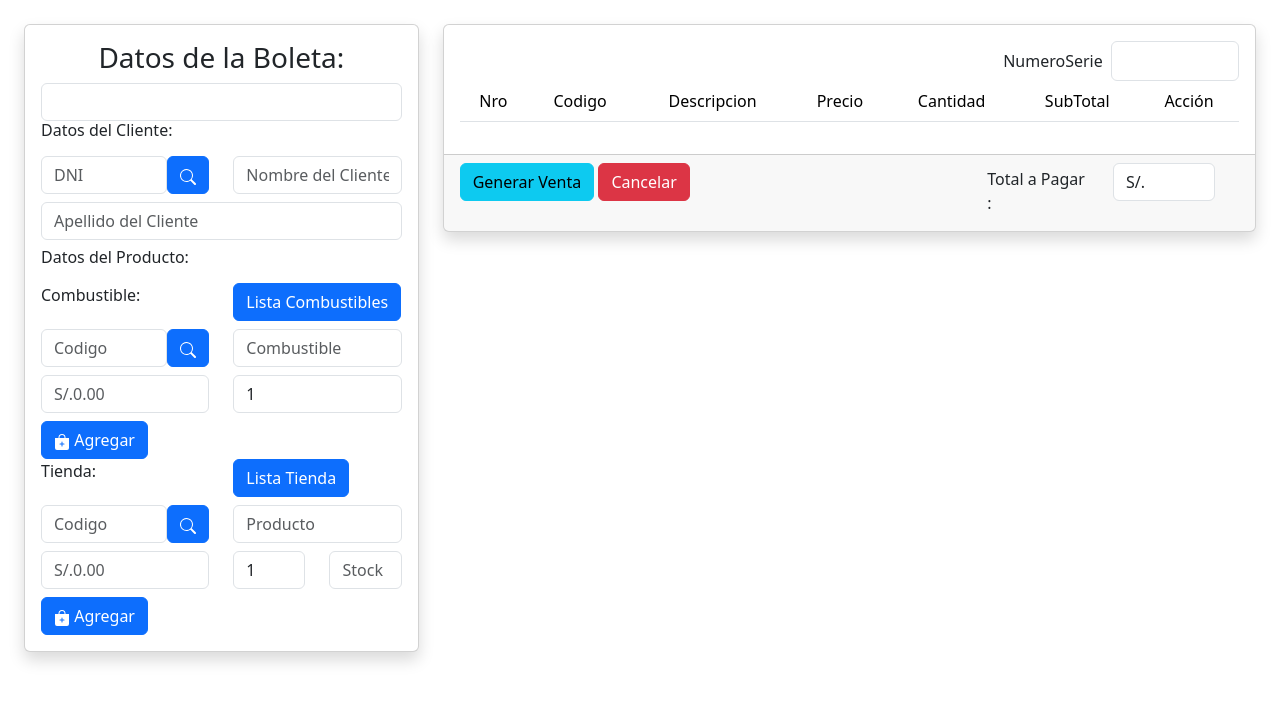
Repository: alexpool1122/evaluaciones
Page: http://localhost/Centenario2023/Ventas.jsp
These files come from the project's save history. The page is drawn as it stood at one moment and after the next save; the edit follows.
The browser window is 1280 px wide. The pictures show the whole page.
The page is served by Tomcat 10. Other server files are loaded and not shown. The template is opened directly, without the code that normally fills it, so the values that code supplies are empty.

Above is the page before, as saved 2023-06-27 02:21:42.

### ProyectoFinal/Proyecto/Centenario2023/src/main/webapp/Ventas.jsp
<%@page import="Entidad.Empleado"%>
<%@page import="java.sql.ResultSet"%>
<%@page import="java.sql.PreparedStatement"%>
<%@page import="java.sql.DriverManager"%>
<%@page import="java.sql.Connection"%>
<%@page import="Entidad.Combustible"%>
<%@page import="java.awt.event.ItemEvent"%>
<%@page import="org.apache.tomcat.util.descriptor.tld.TldRuleSet.Variable"%>
<%@page import="org.eclipse.jdt.internal.compiler.ast.ForeachStatement"%>
<%@page import="org.apache.jasper.tagplugins.jstl.core.ForEach"%>
<%@page import="Entidad.Venta"%>
<%@page import="java.util.List"%>
<%@ page language="java" contentType="text/html; charset=ISO-8859-1"
    pageEncoding="ISO-8859-1"%>
<!DOCTYPE html>
<html>
<head>
    <meta charset="utf-8">
    <meta name="viewport" content="width=device-width, initial-scale=1">
    <title>Ventas</title>
    <link href="https://cdn.jsdelivr.net/npm/bootstrap@5.3.0-alpha3/dist/css/bootstrap.min.css" rel="stylesheet" integrity="sha384-KK94CHFLLe+nY2dmCWGMq91rCGa5gtU4mk92HdvYe+M/SXH301p5ILy+dN9+nJOZ" crossorigin="anonymous">
</head>
<body>
	<%
		Class.forName("com.mysql.jdbc.Driver");
		String url = "jdbc:mysql://localhost:3306/BDCentenario23";
		String usuario = "root";
		String clave = "mysql";
		String sql ;
		Connection cn = DriverManager.getConnection(url,usuario,clave) ;
		PreparedStatement pstm ;
		ResultSet rs ;
	%>
	<div class="m-4">
		<div class="row">
			<div class="col-4">
				<div class="card shadow">
					<div class="card-body">
						<h3 class="text-center">Datos de la Boleta:</h3>
						<form action="Controlador?menu=Venta" method="post">
							<div class="form-group">
								<input type="url" class="form-control">
							</div>
							<div class="form-group row mb-2">
								<h6>Datos del Cliente:</h6>
							</div>
							<div class="form-group row mb-2">
								<div class="col-6 d-flex">
									<input type="text" class="form-control" name="txtDniCliente"id="codCliente" placeholder="DNI" value="${cliente.getDniCliente() }">
									<button type="submit" class="btn btn-primary" value="BuscarCliente" name="accion" id="buscarCliente">
										<svg xmlns="http://www.w3.org/2000/svg" width="16" height="16" fill="currentColor" class="bi bi-search" viewBox="0 0 16 16">
										  <path d="M11.742 10.344a6.5 6.5 0 1 0-1.397 1.398h-.001c.03.04.062.078.098.115l3.85 3.85a1 1 0 0 0 1.415-1.414l-3.85-3.85a1.007 1.007 0 0 0-.115-.1zM12 6.5a5.5 5.5 0 1 1-11 0 5.5 5.5 0 0 1 11 0z"/>
										</svg>
									</button>
								</div>
								<div class="col-6">
										<input type="text" class="form-control" name="txtCliente" value="${cliente.getNomCliente()}" id="nomCliente" placeholder="Nombre del Cliente">
									</div>
								<div class=" mt-2">
									<input type="text" class="form-control" name="txtCliente" value="${cliente.getApeCliente()}" id="nomCliente" placeholder="Apellido del Cliente">
								</div>
							</div>
							<div class="form-group row mb-2">
								<h6>Datos del Producto:</h6>
							</div>
							<div class="form-group row mb-2">
								<div class="col-6">
									<label>Combustible:</label>
								</div>
								<div class="col-6">
									<!-- Button trigger modal -->
									<button type="button" class="btn btn-primary" data-bs-toggle="modal" data-bs-target="#exampleModal">
									  Lista Combustibles
									</button>

									<!-- Modal -->
									<div class="modal fade" id="exampleModal" tabindex="-1" aria-labelledby="exampleModalLabel" aria-hidden="true">
									  <div class="modal-dialog">
									    <div class="modal-content">
									      <div class="modal-header">
									        <h1 class="modal-title fs-5" id="exampleModalLabel">Lista de los Combustibles</h1>
									        <button type="button" class="btn-close" data-bs-dismiss="modal" aria-label="Close"></button>
									      </div>
									      <div class="modal-body">
									        <table class="table">
												<tr>
													<td>Codigo</td>
													<td>Producto</td>
													<td>Capacidad</td>
													<td>Precio</td>
													<td>Estado</td>
												</tr>
												<%
													sql = "select * from productoCombustible";
													pstm = cn.prepareStatement(sql);
													rs = pstm.executeQuery();
													while(rs.next()){
												%>
												<tr>
														<td><%= rs.getString(1) %></td>
														<td><%= rs.getString(2) %></td>
														<td><%= rs.getDouble(3) %></td>
														<td><%= rs.getDouble(4) %></td>
														<td><%= rs.getString(5) %></td>
												</tr>
												<%} %>
											</table>
									      </div>
									      <div class="modal-footer">
									        <button type="button" class="btn btn-danger" data-bs-dismiss="modal">Cerrar</button>
									      </div>
									    </div>
									  </div>
									</div>
								</div>
							</div>
							<div class="form-group row mb-2">
								<div class="col-6 d-flex">
									<input type="text" class="form-control" name="txtCodigo" placeholder="Codigo" value="${combustible.getCodProdComb() }">
									<button type="submit" class="btn btn-primary" value="BuscarCombustible" name="accion" id="buscarCombustible">
										<svg xmlns="http://www.w3.org/2000/svg" width="16" height="16" fill="currentColor" class="bi bi-search" viewBox="0 0 16 16">
										  <path d="M11.742 10.344a6.5 6.5 0 1 0-1.397 1.398h-.001c.03.04.062.078.098.115l3.85 3.85a1 1 0 0 0 1.415-1.414l-3.85-3.85a1.007 1.007 0 0 0-.115-.1zM12 6.5a5.5 5.5 0 1 1-11 0 5.5 5.5 0 0 1 11 0z"/>
										</svg>
									</button>
								</div>
								<div class="col-6">
									<input type="text" class="form-control" name="txtCombustible" placeholder="Combustible" value="${combustible.getNomComb()}">
								</div>
							</div>
							<div class="form-group row mb-2">
								<div class="col-6">
									<input type="text" class="form-control" name="txtPrecio" id="precio" placeholder="S/.0.00" value="${combustible.getPrecio()}">
								</div>
								<div class="col-6">
									<input type="number" class="form-control" name="txtCantidad" id="cantidad" placeholder="Cantidad" value="1"  title="Ingrese un número decimal válido">
								</div>
							</div>
							<div>
								<button type="submit" class="btn btn-primary" value="AgregarCombustible" name="accion" id="agregar">
									<svg xmlns="http://www.w3.org/2000/svg" width="16" height="16" fill="currentColor" class="bi bi-bag-plus-fill" viewBox="0 0 16 16">
									  <path fill-rule="evenodd" d="M10.5 3.5a2.5 2.5 0 0 0-5 0V4h5v-.5zm1 0V4H15v10a2 2 0 0 1-2 2H3a2 2 0 0 1-2-2V4h3.5v-.5a3.5 3.5 0 1 1 7 0zM8.5 8a.5.5 0 0 0-1 0v1.5H6a.5.5 0 0 0 0 1h1.5V12a.5.5 0 0 0 1 0v-1.5H10a.5.5 0 0 0 0-1H8.5V8z"/>
									</svg>
									 Agregar
								</button>
							</div>
							<div class="form-group row mb-2">
								<div class="col-6">
									<label>Tienda:</label>
								</div>
								<div class="col-6">
									<button type="button" class="btn btn-primary" data-bs-toggle="modal" data-bs-target="#listaTienda">
									  Lista Tienda
									</button>
									<!-- Modal -->
									<div class="modal fade" id="listaTienda" tabindex="-1" aria-labelledby="exampleModalLabel" aria-hidden="true">
									  <div class="modal-dialog">
									    <div class="modal-content">
									      <div class="modal-header">
									        <h1 class="modal-title fs-5" id="exampleModalLabel">Lista de los Productos</h1>
									        <button type="button" class="btn-close" data-bs-dismiss="modal" aria-label="Close"></button>
									      </div>
									      <div class="modal-body">
									        <table class="table">
												<tr>
													<td>Codigo</td>
													<td>Producto</td>
													<td>Precio</td>
													<td>Stock</td>
												</tr>
												<%
													sql = "select * from productoTienda";
													pstm = cn.prepareStatement(sql);
													rs = pstm.executeQuery();
													while(rs.next()){
												%>
												<tr>
														<td><%= rs.getString(1) %></td>
														<td><%= rs.getString(2) %></td>
														<td><%= rs.getDouble(5) %></td>
														<td><%= rs.getInt(6) %></td>
												</tr>
												<%} %>
											</table>
									      </div>
									      <div class="modal-footer">
									        <button type="button" class="btn btn-danger" data-bs-dismiss="modal">Cerrar</button>
									      </div>
									    </div>
									  </div>
									</div>
								</div>
							</div>
							<div class="form-group row mb-2">
								<div class="col-6 d-flex">
									<input type="text" class="form-control" name="txtCodPro" id="codProducto" placeholder="Codigo" value="${producto.getCodProdTie()}">
									<button type="submit" class="btn btn-primary" value="BuscarProducto" name="accion" id="buscarProducto">
										<svg xmlns="http://www.w3.org/2000/svg" width="16" height="16" fill="currentColor" class="bi bi-search" viewBox="0 0 16 16">
										  <path d="M11.742 10.344a6.5 6.5 0 1 0-1.397 1.398h-.001c.03.04.062.078.098.115l3.85 3.85a1 1 0 0 0 1.415-1.414l-3.85-3.85a1.007 1.007 0 0 0-.115-.1zM12 6.5a5.5 5.5 0 1 1-11 0 5.5 5.5 0 0 1 11 0z"/>
										</svg>
									</button>
								</div>
								<div class="col-6">
									<input type="text" class="form-control" name="txtProducto" id="nomProducto" placeholder="Producto" value="${producto.getNomProdTie()}">
								</div>
							</div>
							<div class="form-group row mb-2">
								<div class="col-6">
									<input type="text" class="form-control" name="txtPrecioProducto" id="precio" placeholder="S/.0.00" value="${producto.getPrecio()}">
								</div>
								<div class="col-3">
									<input type="number" class="form-control" name="txtCantidadProducto" id="cantidad" placeholder="Cant" value="1">
								</div>
								<div class="col-3">
									<input type="text" class="form-control" name="txtStock" id="stockProducto" placeholder="Stock" value="${producto.getStock()}">
								</div>
							</div>
							<div>
								<button type="submit" class="btn btn-primary" value="AgregarProducto" name="accion" id="agregar">
									<svg xmlns="http://www.w3.org/2000/svg" width="16" height="16" fill="currentColor" class="bi bi-bag-plus-fill" viewBox="0 0 16 16">
									  <path fill-rule="evenodd" d="M10.5 3.5a2.5 2.5 0 0 0-5 0V4h5v-.5zm1 0V4H15v10a2 2 0 0 1-2 2H3a2 2 0 0 1-2-2V4h3.5v-.5a3.5 3.5 0 1 1 7 0zM8.5 8a.5.5 0 0 0-1 0v1.5H6a.5.5 0 0 0 0 1h1.5V12a.5.5 0 0 0 1 0v-1.5H10a.5.5 0 0 0 0-1H8.5V8z"/>
									</svg>
									 Agregar
								</button>
							</div>
						</form>
					</div>
				</div>
			</div>
			<div class="col-8">
				<div class="card shadow">
					<div class="card-body">
						<div class="row">
							<div class="col-8"></div>
							<div class="col-4 d-flex">
								<label class="m-2">NumeroSerie</label>
								<input type="text" class="form-control" value="${nSerie}">
							</div>
						</div>
						<table class="table">
							<tr class="text-center">
								<td>Nro</td>
								<td>Codigo</td>
								<td>Descripcion</td>
								<td>Precio</td>
								<td>Cantidad</td>
								<td>SubTotal</td>
								<td>Acción</td>
							</tr>
							<%
								List<Venta> listaVenta = (List<Venta>) request.getAttribute("ListaVenta");
								if(listaVenta != null){
									for(Venta venta:listaVenta){
							%>
							<tr class="text-center">
								<td><%= venta.getItem() %></td>
								<td><%= venta.getCodProdTie() != null ? venta.getCodProdTie() : venta.getCodProdComb() %></td>
								<td><%= venta.getDescripcion() %></td>
								<td><%= venta.getPrecio() %></td>
								<td><%= venta.getCantidad() %></td>
								<td><%= venta.getSubTotal() %></td>
								<td class="text-center">
									<a href="#" class="btn btn-warning">
										<svg xmlns="http://www.w3.org/2000/svg" width="16" height="16" fill="currentColor" class="bi bi-pencil-square" viewBox="0 0 16 16">
										  <path d="M15.502 1.94a.5.5 0 0 1 0 .706L14.459 3.69l-2-2L13.502.646a.5.5 0 0 1 .707 0l1.293 1.293zm-1.75 2.456-2-2L4.939 9.21a.5.5 0 0 0-.121.196l-.805 2.414a.25.25 0 0 0 .316.316l2.414-.805a.5.5 0 0 0 .196-.12l6.813-6.814z"/>
										  <path fill-rule="evenodd" d="M1 13.5A1.5 1.5 0 0 0 2.5 15h11a1.5 1.5 0 0 0 1.5-1.5v-6a.5.5 0 0 0-1 0v6a.5.5 0 0 1-.5.5h-11a.5.5 0 0 1-.5-.5v-11a.5.5 0 0 1 .5-.5H9a.5.5 0 0 0 0-1H2.5A1.5 1.5 0 0 0 1 2.5v11z"/>
										</svg>
									</a>
									<a href="#" class="btn btn-danger">
										<svg xmlns="http://www.w3.org/2000/svg" width="16" height="16" fill="currentColor" class="bi bi-trash" viewBox="0 0 16 16">
										  <path d="M5.5 5.5A.5.5 0 0 1 6 6v6a.5.5 0 0 1-1 0V6a.5.5 0 0 1 .5-.5Zm2.5 0a.5.5 0 0 1 .5.5v6a.5.5 0 0 1-1 0V6a.5.5 0 0 1 .5-.5Zm3 .5a.5.5 0 0 0-1 0v6a.5.5 0 0 0 1 0V6Z"/>
										  <path d="M14.5 3a1 1 0 0 1-1 1H13v9a2 2 0 0 1-2 2H5a2 2 0 0 1-2-2V4h-.5a1 1 0 0 1-1-1V2a1 1 0 0 1 1-1H6a1 1 0 0 1 1-1h2a1 1 0 0 1 1 1h3.5a1 1 0 0 1 1 1v1ZM4.118 4 4 4.059V13a1 1 0 0 0 1 1h6a1 1 0 0 0 1-1V4.059L11.882 4H4.118ZM2.5 3h11V2h-11v1Z"/>
										</svg>
									</a>
								</td>
							</tr>
							<%		}
								}%>

								<%
								List<Venta> listaVentaC = (List<Venta>) request.getAttribute("ListaVentaC");
								if(listaVentaC != null){
									for(Venta ventaC:listaVentaC){
							%>
							<tr class="text-center">
								<td><%= ventaC.getItem() %></td>
								<td><%= ventaC.getCodProdComb() != null ? ventaC.getCodProdComb() : ventaC.getCodProdTie() %></td>
								<td><%= ventaC.getDescripcion() %></td>
								<td><%= ventaC.getPrecio() %></td>
								<td><%= ventaC.getCantidad() %></td>
								<td><%= ventaC.getSubTotal() %></td>
								<td class="text-center">
									<a href="#" class="btn btn-warning">
										<svg xmlns="http://www.w3.org/2000/svg" width="16" height="16" fill="currentColor" class="bi bi-pencil-square" viewBox="0 0 16 16">
										  <path d="M15.502 1.94a.5.5 0 0 1 0 .706L14.459 3.69l-2-2L13.502.646a.5.5 0 0 1 .707 0l1.293 1.293zm-1.75 2.456-2-2L4.939 9.21a.5.5 0 0 0-.121.196l-.805 2.414a.25.25 0 0 0 .316.316l2.414-.805a.5.5 0 0 0 .196-.12l6.813-6.814z"/>
										  <path fill-rule="evenodd" d="M1 13.5A1.5 1.5 0 0 0 2.5 15h11a1.5 1.5 0 0 0 1.5-1.5v-6a.5.5 0 0 0-1 0v6a.5.5 0 0 1-.5.5h-11a.5.5 0 0 1-.5-.5v-11a.5.5 0 0 1 .5-.5H9a.5.5 0 0 0 0-1H2.5A1.5 1.5 0 0 0 1 2.5v11z"/>
										</svg>
									</a>
									<a href="#" class="btn btn-danger">
										<svg xmlns="http://www.w3.org/2000/svg" width="16" height="16" fill="currentColor" class="bi bi-trash" viewBox="0 0 16 16">
										  <path d="M5.5 5.5A.5.5 0 0 1 6 6v6a.5.5 0 0 1-1 0V6a.5.5 0 0 1 .5-.5Zm2.5 0a.5.5 0 0 1 .5.5v6a.5.5 0 0 1-1 0V6a.5.5 0 0 1 .5-.5Zm3 .5a.5.5 0 0 0-1 0v6a.5.5 0 0 0 1 0V6Z"/>
										  <path d="M14.5 3a1 1 0 0 1-1 1H13v9a2 2 0 0 1-2 2H5a2 2 0 0 1-2-2V4h-.5a1 1 0 0 1-1-1V2a1 1 0 0 1 1-1H6a1 1 0 0 1 1-1h2a1 1 0 0 1 1 1h3.5a1 1 0 0 1 1 1v1ZM4.118 4 4 4.059V13a1 1 0 0 0 1 1h6a1 1 0 0 0 1-1V4.059L11.882 4H4.118ZM2.5 3h11V2h-11v1Z"/>
										</svg>
									</a>
								</td>
							</tr>
							<%		}
								}%>
						</table>
					</div>
					<div class="card-footer">
						<div class="row">
							<div class="col-6">
								<input class="btn btn-info" type="submit" value="Generar Venta" name="agregar" id="agregar">
								<input class="btn btn-danger" type="submit" value="Cancelar" name="agregar" id="Cancelar">
							</div>
							<div class="col-6 row">
								<div class="col-4"></div>
								<div class="col-4 d-flex">
									<label class="form-label w-100 mt-1">Total a Pagar :</label>
								</div>
								<div class="col-4">
									<input type="text" class="form-control" value="S/. ${TotalPagar}">
								</div>
							</div>
						</div>
					</div>
				</div>
			</div>
		</div>
	</div>
	<script src="https://cdn.jsdelivr.net/npm/bootstrap@5.3.0-alpha3/dist/js/bootstrap.bundle.min.js" integrity="sha384-ENjdO4Dr2bkBIFxQpeoTz1HIcje39Wm4jDKdf19U8gI4ddQ3GYNS7NTKfAdVQSZe" crossorigin="anonymous"></script>
</body>
</html>

After the next save:
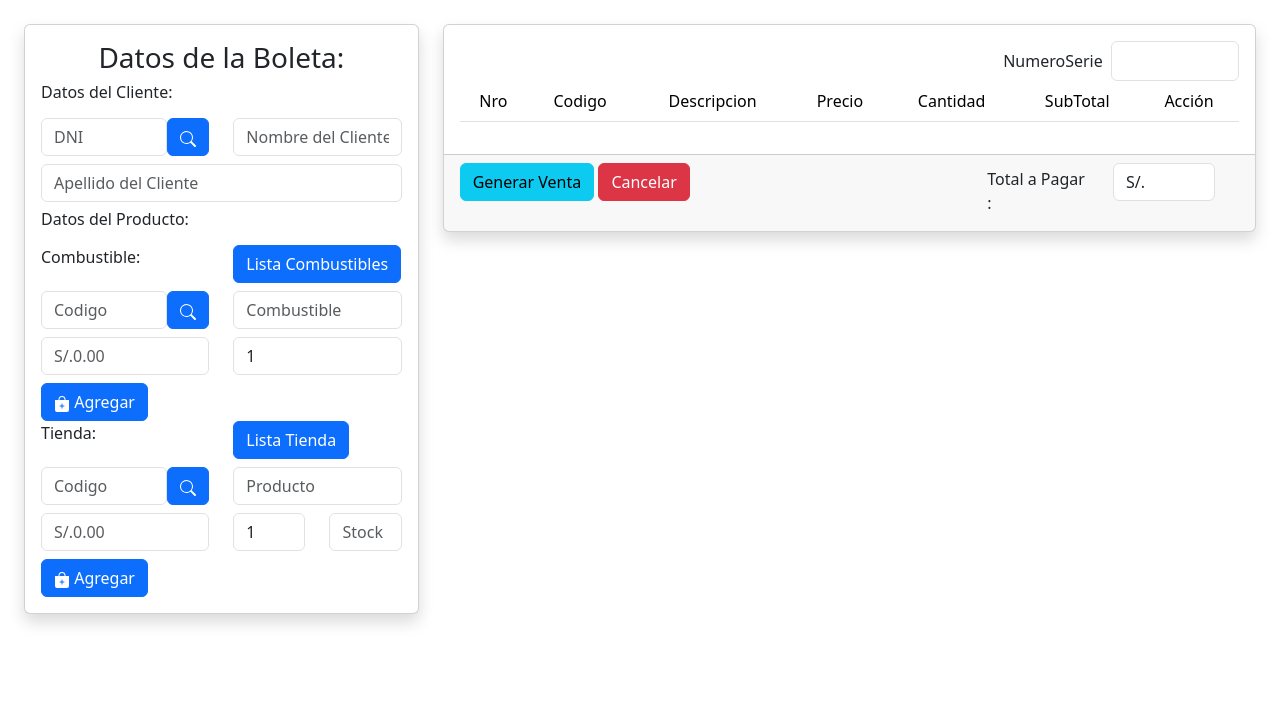
Saved 30 s later.
--- a/ProyectoFinal/Proyecto/Centenario2023/src/main/webapp/Ventas.jsp
+++ b/ProyectoFinal/Proyecto/Centenario2023/src/main/webapp/Ventas.jsp
@@ -38,9 +38,6 @@
 					<div class="card-body">
 						<h3 class="text-center">Datos de la Boleta:</h3>
 						<form action="Controlador?menu=Venta" method="post">
-							<div class="form-group">
-								<input type="url" class="form-control">
-							</div>
 							<div class="form-group row mb-2">
 								<h6>Datos del Cliente:</h6>
 							</div>
